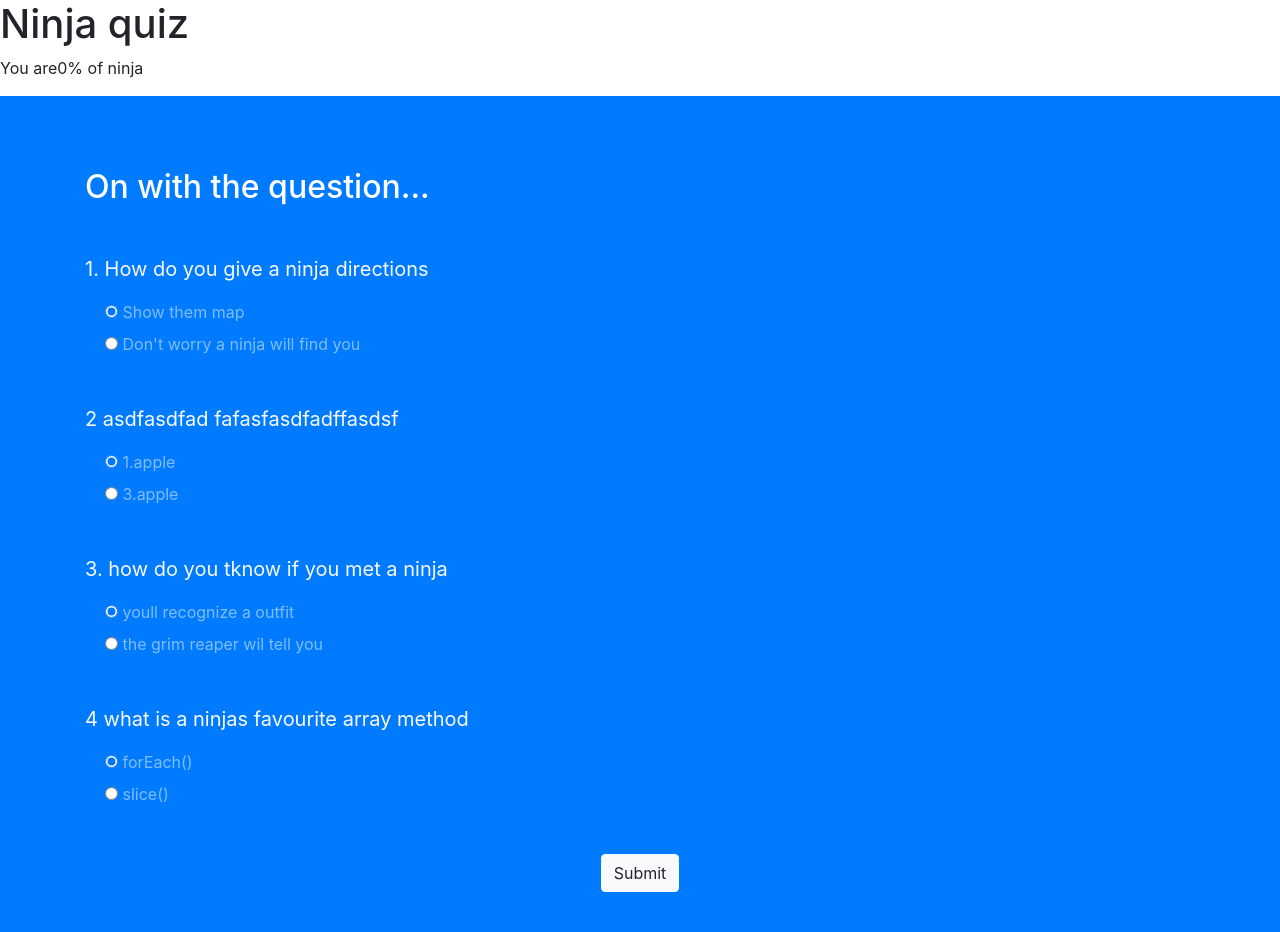
Repository: ajgors/config
Page: Nauka Js/Projekty/Quiz/index.html
These files come from the project's save history. The page is drawn as it stood at one moment and after the next save; the edit follows.
The browser window is 1280 px wide. The pictures show the whole page.

Above is the page before, as saved 2019-08-11 18:10:34.

### Nauka Js/Projekty/Quiz/index.html
<!DOCTYPE html>
<html lang="en">

<head>
    <meta charset="UTF-8">
    <meta name="viewport" content="width=device-width, initial-scale=1.0">
    <meta http-equiv="X-UA-Compatible" content="ie=edge">
    <title>Document</title>
    <link rel="stylesheet" href="https://stackpath.bootstrapcdn.com/bootstrap/4.3.1/css/bootstrap.min.css"
        integrity="sha384-ggOyR0iXCbMQv3Xipma34MD+dH/1fQ784/j6cY/iJTQUOhcWr7x9JvoRxT2MZw1T" crossorigin="anonymous">
</head>

<body>
    <!-- Header -->
    <!-- <div class="intro py-3 bg-white text-center">
        <div class="container">
            <h2 class="text-primary display-3 my-4">Ninja Quiz</h2>
        </div>
    </div> -->

    <header class="header">
        <h1 class="header__title">Ninja quiz</h1>
    </header>

    <!-- Result -->
    <!-- <div class="result py-4 d-none bg-light text-center">
        <div class="container lead">
            <p>You are <span class="text-primary display-4 p-3">0%</span>Ninja</p>
        </div>
    </div> -->

    <div class="result">
        <p>You are<span>0%</span> of ninja</p>
    </div>

    <!-- Form -->
    <div class="quiz py-4 bg-primary">
        <div class="container">
            <h2 class="my-5 text-white">On with the question...</h2>
            <form action="" class="quiz-form text-light">
                <div class="my-5">
                    <p class="lead font-weight-normal">1. How do you give a ninja directions</p>
                    <div class="form-check my-2 text-white-50">
                        <input type="radio" name='q1' value='A' checked>
                        <label for="" class="form-check-label">Show them map</label>
                    </div>
                    <div class="form-check my-2 text-white-50">
                        <input type="radio" name='q1' value='B'>
                        <label for="" class="form-check-label">Don't worry a ninja will find you</label>
                    </div>
                </div>
                <div class="my-5">
                    <p class="lead font-weight-normal">2 asdfasdfad fafasfasdfadffasdsf</p>
                    <div class="form-check my-2 text-white-50">
                        <input type="radio" name='q2' value='A' checked>
                        <label for="" class="form-check-label">1.apple</label>
                    </div>
                    <div class="form-check my-2 text-white-50">
                        <input type="radio" name='q2' value='B'>
                        <label for="" class="form-check-label">3.apple</label>
                    </div>
                </div>
                <div class="my-5">
                    <p class="lead font-weight-normal">3. how do you tknow if you met a ninja</p>
                    <div class="form-check my-2 text-white-50">
                        <input type="radio" name='q3' value='A' checked>
                        <label for="" class="form-check-label">youll recognize a outfit</label>
                    </div>
                    <div class="form-check my-2 text-white-50">
                        <input type="radio" name='q3' value='B'>
                        <label for="" class="form-check-label">the grim reaper wil tell you</label>
                    </div>
                </div>
                <div class="my-5">
                    <p class="lead font-weight-normal">4 what is a ninjas favourite array method</p>
                    <div class="form-check my-2 text-white-50">
                        <input type="radio" name='q4' value='A' checked>
                        <label for="" class="form-check-label">forEach()</label>
                    </div>
                    <div class="form-check my-2 text-white-50">
                        <input type="radio" name='q4' value='B'>
                        <label for="" class="form-check-label">slice()</label>
                    </div>
                </div>
                <div class="text-center">
                    <input type="submit" class='btn btn-light'>
                </div>
            </form>
        </div>


        <div class="xd">
            <p class="xd"></p>
        </div>
    </div>

    <script src="js.js"></script>
</body>

</html>

### Nauka Js/Projekty/Quiz/js.js




const form = document.querySelector('.quiz-form');
const result = document.querySelector('.result');
const correctAnswers = ['B','B','B','B'];
const spanResult = document.querySelector('span');

form.addEventListener('submit', e=>{
    e.preventDefault();

    //check answer
    let score = 0;
    const userAnswers = [form.q1.value, form.q2.value, form.q3.value, form.q4.value];

    userAnswers.forEach((answer, index) =>{
        if(answer === correctAnswers[index]){
            score += 25;
        }
    });

    scrollTo(0,0)
    result.classList.remove('d-none');
    // spanResult.textContent = `${score}%`

    let output = 0;
    const timer = setInterval(()=>{
        spanResult.textContent = `${output}%`
        if(output === score){
            clearInterval(timer);
        } else {
            output++;
        }
    })


})

### Nauka Js/Projekty/Quiz/css.css
body{
    background-color: #333333;
}

After the next save:
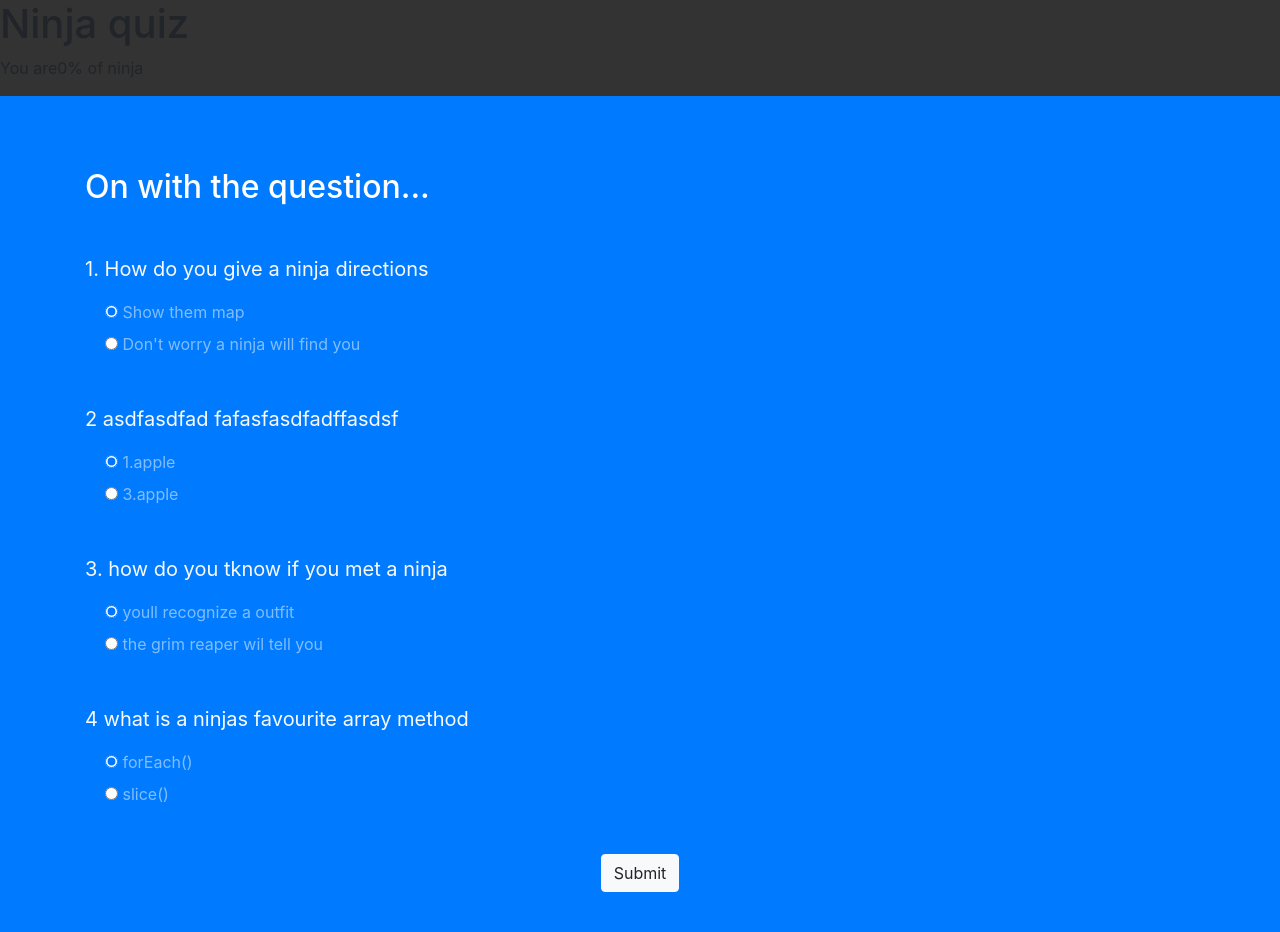
Saved 18 s later.
--- a/Nauka Js/Projekty/Quiz/index.html
+++ b/Nauka Js/Projekty/Quiz/index.html
@@ -8,6 +8,7 @@
     <title>Document</title>
     <link rel="stylesheet" href="https://stackpath.bootstrapcdn.com/bootstrap/4.3.1/css/bootstrap.min.css"
         integrity="sha384-ggOyR0iXCbMQv3Xipma34MD+dH/1fQ784/j6cY/iJTQUOhcWr7x9JvoRxT2MZw1T" crossorigin="anonymous">
+        <link rel="stylesheet" href="css.css">
 </head>
 
 <body>
